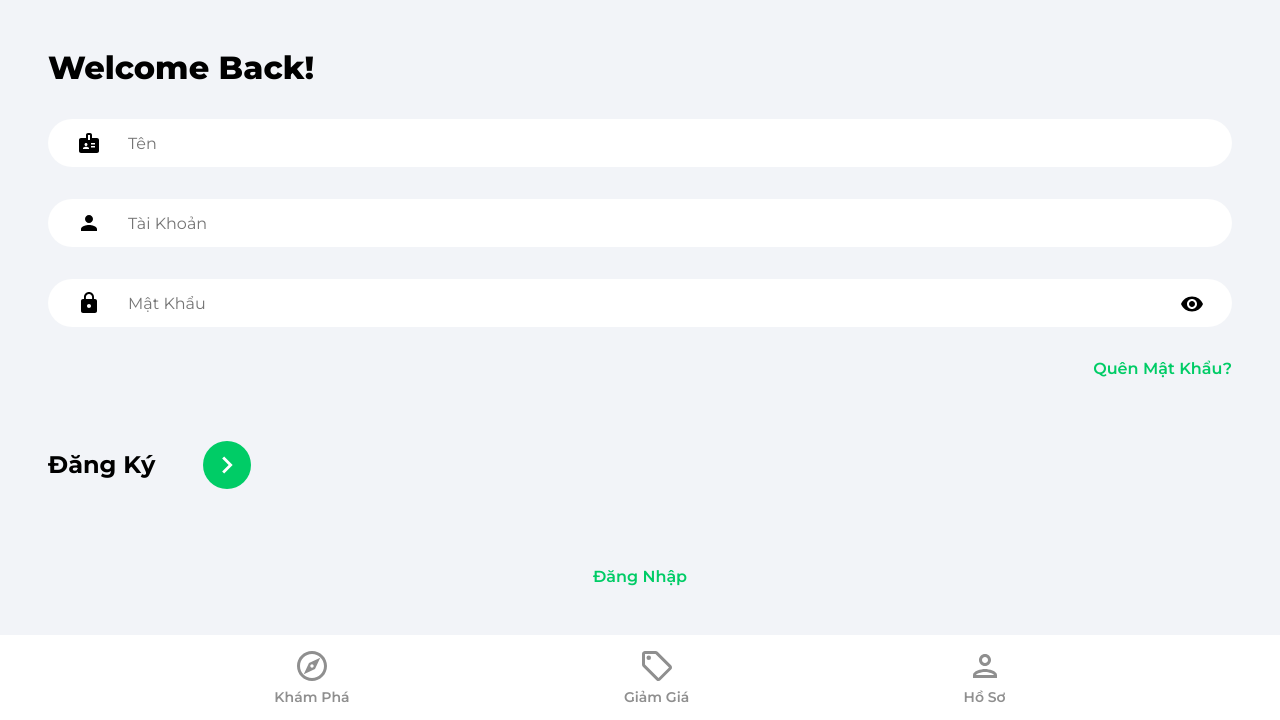
Repository: haokiet2501/house-demo
Page: /sign-up
The author's editor kept a copy of each file at every save. The page is drawn from the files as they stood at one save, then again after the next save.
The browser window is 1280 px wide. The pictures show the whole page.
The project was rebuilt for these pictures with package versions that can differ from the ones it lists, and the page was loaded fresh each time. Also part of the build but not shown: src/pages/Explore.jsx, src/pages/Offers.jsx, src/pages/Profile.jsx, src/pages/SignIn.jsx, src/pages/ForgotPassword.jsx.

Above is the page before, as saved 2022-03-16 10:30:22.

After the next save:
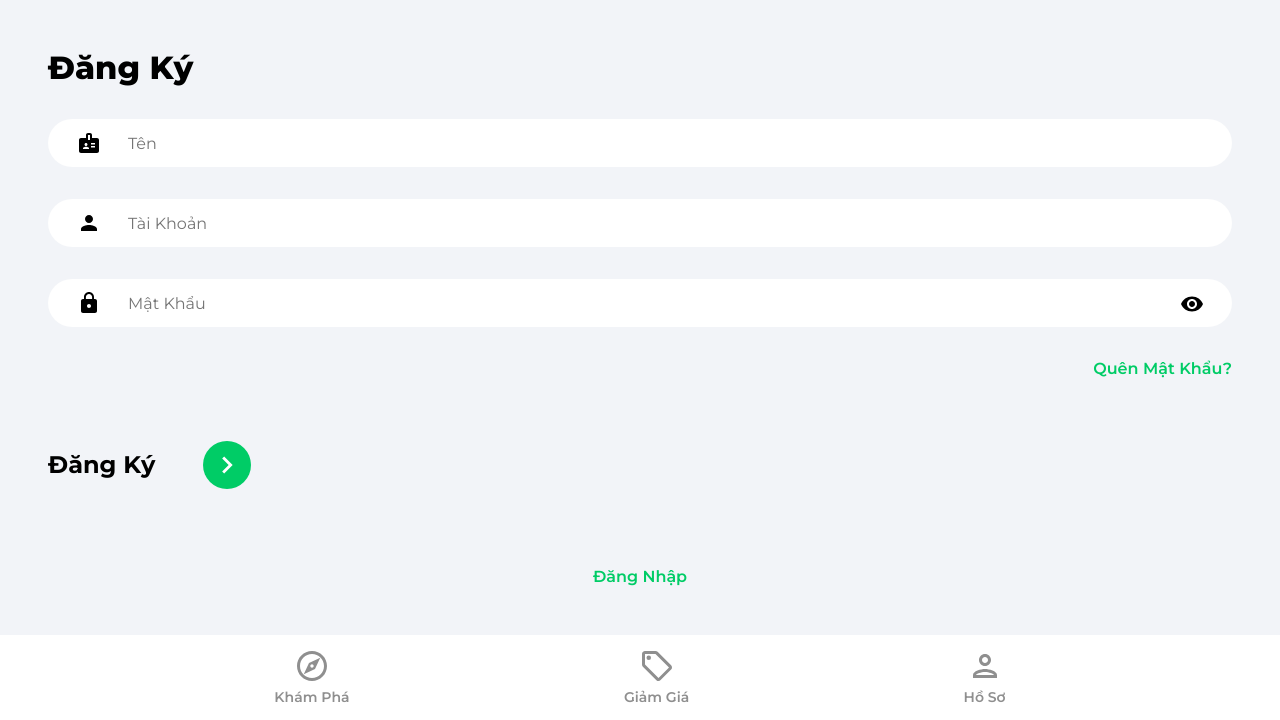
Saved 13 s later.
--- a/src/pages/SignUp.jsx
+++ b/src/pages/SignUp.jsx
@@ -55,7 +55,7 @@ function SignUp() {
         <>
             <div className="pageContainer">
                 <header>
-                    <p className="pageHeader">Welcome Back!</p>
+                    <p className="pageHeader">Đăng Ký</p>
                 </header>
 
                 <form onSubmit={onSubmit}>
